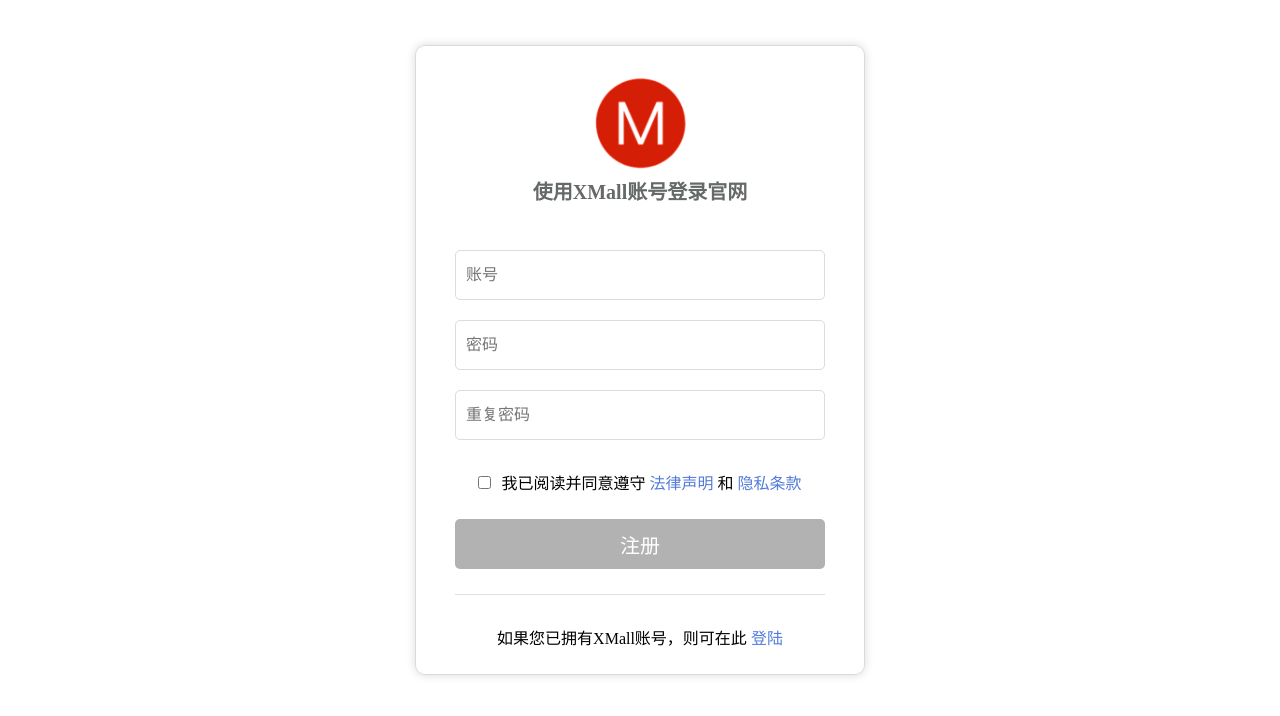
Repository: dingqihui1997/xmall-demo
Page: /signin
These files come from the project's save history. The page is drawn as it stood at one moment and after the next save; the edit follows.
The browser window is 1280 px wide. The pictures show the whole page.
The project was rebuilt for these pictures with package versions that can differ from the ones it lists, and the page was loaded fresh each time. Also part of the build but not shown: vue.config.js, src/views/Home.vue.

Above is the page before, as saved 2021-06-29 17:38:36.

### src/main.js
import Vue from 'vue'
import App from './App.vue'
import router from './router'
import store from './store'
import ElementUI from 'element-ui';
import 'element-ui/lib/theme-chalk/index.css';
Vue.use(ElementUI);
Vue.config.productionTip = false

new Vue({
  router,
  store,
  render: h => h(App)
}).$mount('#app')

### src/App.vue
<template>
  <div id="app">
    <router-view />
  </div>
</template>

<style lang="scss">
@import "./styles/common";
@import "./styles/ui";
</style>

### src/router/index.js
import Vue from 'vue'
import VueRouter from 'vue-router'
import Home from '../views/Home.vue'

Vue.use(VueRouter)

const routes = [
  {
    path: '/',
    name: 'Home',
    component: Home
  },
  {//登录
    path: '/signin',
    name: 'Signin',
    component: () => import('../components/signin/Signin.vue')
  },
  {//注册
    path: '/register',
    name: 'Register',
    component: () => import('../components/register/Register.vue')
  },


]

const router = new VueRouter({
  mode: 'history',
  base: process.env.BASE_URL,
  routes
})

export default router

### src/styles/common.scss
 * {
     margin: 0;
     padding: 0;
 }

 .center {
     //居中显示
     margin: auto;
     position: absolute;
     top: 0;
     bottom: 0;
     left: 0;
     right: 0;
 }

 * {
     box-sizing: border-box;
 }

 .wi100 {
     width: 100%;
 }

 .hei100 {
     height: 100%;
 }

 .pflex {
     position: fixed;
     /* 固定定位 */
 }

 .flex {
     display: flex;
 }

 .flex-wrap {
     /* 子元素换行排列 */
     display: flex;
     flex-wrap: wrap;
     align-items: center;
 }

 .flex-j {
     display: flex;
     justify-content: center;
     /* 水平方向居中 */
 }

 .flex-a {
     display: flex;
     align-items: center;
     /* 垂直方向居中 */
 }

 .flex-ja {
     /* felx-ja 垂直水平方向居中 */
     display: flex;
     align-items: center;
     justify-content: center;
 }

 .flex-sb {
     /* flex-sb 子元素两边排列 */
     display: flex;
     justify-content: space-between;
 }

 .flex-sba {
     /* flex-sb 子元素两边排列 bing居中 */
     display: flex;
     justify-content: space-between;
     align-items: center;
 }

 .flex-d {
     /* z子元素竖向排列 */
     display: flex;
     flex-direction: column;
 }

 .flex-di {
     /* 子元素竖向排列并居中 */
     display: flex;
     flex-direction: column;
     align-items: center;
 }

 .flex-dj {
     /* 子元素竖向排列并居中 */
     display: flex;
     flex-direction: column;
 }

 .flex-dji {
     /* 子元素竖向排列并水平垂直居中 */
     display: flex;
     flex-direction: column;
     align-items: center;
     justify-content: center;
 }

 .pad-t10 {
     padding-top: 10px;
 }

 .pad-t15 {
     padding-top: 15px;
 }

 .margin-r55 {
     margin-right: 55px;
 }

 .marginauto {
     margin: 0 auto;
 }

 .img100 {
     width: 100%;
     height: 100%;
 }

 .img50 {
     width: 50%;
     height: 50%;
 }

 .imgh100 {
     height: 100%;
 }

 .img45 {
     width: 45%;
     height: 45%;
 }

 .img80 {
     width: 80%;
     height: 80%;
 }

 .font20 {
     font-size: 20px;
 }

 .font18 {
     font-size: 18px;
 }

 .font16 {
     font-size: 16px;
 }

 .font14 {
     font-size: 14px;
 }

 .font12 {
     font-size: 12px;
 }

 .flex1 {
     flex: 1;
 }

 .flex2 {
     flex: 1.5;
 }

 .color30 {
     color: #000000;
 }

 .color3f {
     /* 白色 */
     color: #fff;
 }

 .margin-t10 {
     margin-top: 10px;
 }

 .margin-t5 {
     margin-top: 5px;
 }

 .margin-t20 {
     margin-top: 20px;
 }

 .margin-r5 {
     margin-right: 5px;
 }

 .margin-r15 {
     margin-right: 15px;
 }

 .margin-r10 {
     margin-right: 10px;
 }

 .margin-r20 {
     margin-right: 20px;
 }

 .margin-r30 {
     margin-right: 30px;
 }

 .margin-l10 {
     margin-left: 10px;
 }

 .margin-l20 {
     margin-left: 20px;
 }

 .margin-b10 {
     margin-bottom: 10px;
 }

 .text-de {
     /* 有下划线 */
     text-decoration: underline;
 }

 .text-li {
     text-decoration: line-through;
     /* 删除线 */
 }

 .font-w7 {
     /* 加粗 */
     font-weight: 700;
 }

 .fontstyle-i {
     /* 斜体 */
     font-style: italic;
 }

 .shuoming {
     position: relative;
     top: 55px
 }

 .textr {
     text-align: right;
 }

### src/styles/ui.scss
.login {
    .el-input__inner {
        width: 370px;
        height: 50px;
    }

    .el-input__suffix {
        position: absolute;
        right: 50px;
    }

    .el-input {
        position: relative;
    }
}

### src/components/signin/Signin.vue
<template>
  <!-- 登录页面 -->
  <div class="one">
    <div class="box center flex-d login">
      <div class="top">
        <div class="flex-ja"><img src="../../assets/log1.png" alt="" /></div>
        <div class="flex-ja">使用XMall账号登录官网</div>
      </div>
      <!-- 账号 -->
      <div class="flex-ja name">
        <input type="text" placeholder="账号" class="ipt" v-model="username" />
      </div>
      <!-- 密码 -->
      <div class="flex-ja name">
        <input
          type="password"
          placeholder="密码"
          class="ipt"
          v-model="password"
        />
      </div>
      <!-- 重复密码 -->
      <div class="flex-ja name">
        <input
          type="password"
          placeholder="重复密码"
          class="ipt"
          v-model="Repeat"
        />
      </div>
      <div class="flex-ja choice">
        <input type="checkbox" class="inpt" v-model="checked" />
        我已阅读并同意遵守<span>&nbsp;法律声明&nbsp;</span>和<span
          >&nbsp;隐私条款</span
        >
      </div>
      <div class="flex-ja regis">
        <!-- 动态绑定属性，最先是true禁用状态 -->
        <button
          :disabled="flag"
          :class="{ back: flag === false }"
          @click="goto"
        >
          注册
        </button>
      </div>
      <div class="flex-ja">
        <div class="bottom flex-ja">
          如果您已拥有XMall账号，则可在此<span>&nbsp;登陆</span>
        </div>
      </div>
    </div>
  </div>
</template>

<script>
import axios from "axios";
export default {
  name: "",
  props: {},
  data() {
    return {
      username: "",
      password: "",
      Repeat: "",
      flag: true, //最开始禁用按钮
      checked: false,
    };
  },
  components: {},
  methods: {
    goto() {
      if (this.checked === false) {
        this.$message.error("您未勾选同意我们的相关注册协议");
      }
      if (this.password !== this.Repeat) {
        this.$message.error("两次输入的密码不相同");
      }
      if (this.password === this.Repeat && this.checked === true) {
        axios
          .post("/api/users/register", {
            username: this.username,
            password: this.password,
          })
          .then((res) => {
            console.log(res);
          })
          .catch((err) => {
            console.log("请求失败", err);
          });
      }
    },
  },
  mounted() {},
  computed: {},
  watch: {
    username(val) {
      this.username = val;
    },
    password(val) {
      this.password = val;
    },
    Repeat(val) {
      //账号和密码都输入了内容后，然后就不禁用button
      this.Repeat = val;
      if (this.username !== "" && this.password !== "" && val !== "") {
        this.flag = false;
        // console.log(val);
      } else {
        this.flag = true;
      }
    },
  },
};
</script>

<style lang='scss' scoped>
.box {
  width: 450px;
  height: 630px;
  border: 1px solid #dadada;
  border-radius: 10px;
  box-shadow: 0 0 10px #dadada;
}
.one {
  height: 100vh;
}
.top {
  height: 240px;
  font-size: 20px;
  color: #66696a;
  font-weight: 700;
  margin-bottom: 35px;
  padding-top: 25px;
}
.ipt {
  width: 370px;
  height: 50px;
  outline: none;
  border: 1px #dcdcdc solid;
  border-radius: 5px;
  padding-left: 10px;
  font-size: 16px;
}
button {
  margin: 25px 0px;
  width: 370px;
  height: 50px;
  border-radius: 5px;
  border: none;
  color: #fff;
  font-size: 20px;
  background-color: #b2b2b2; //最开始设置成灰色背景颜色
}

span {
  color: #527bd9;
}

.name {
  margin-top: 10px;
  margin-bottom: 10px;
  text-align: center;
}
.choice {
  margin-top: 20px;
}
.regis {
  padding: 0 35px;
}
.inpt {
  margin-right: 10px;
}
.bottom {
  width: 370px;
  border-top: 1px #e0e0df solid;
  padding: 30px 0;
}
.back {
  background-color: #5f86e4; //当按钮不禁用的时候就显示蓝色，然后添加hover的效果
  &:hover {
    background-color: #6283cf;
  }
}
</style>

Loaded but not shown: public/index.html (common file); src/store/index.js (common file)

After the next save:
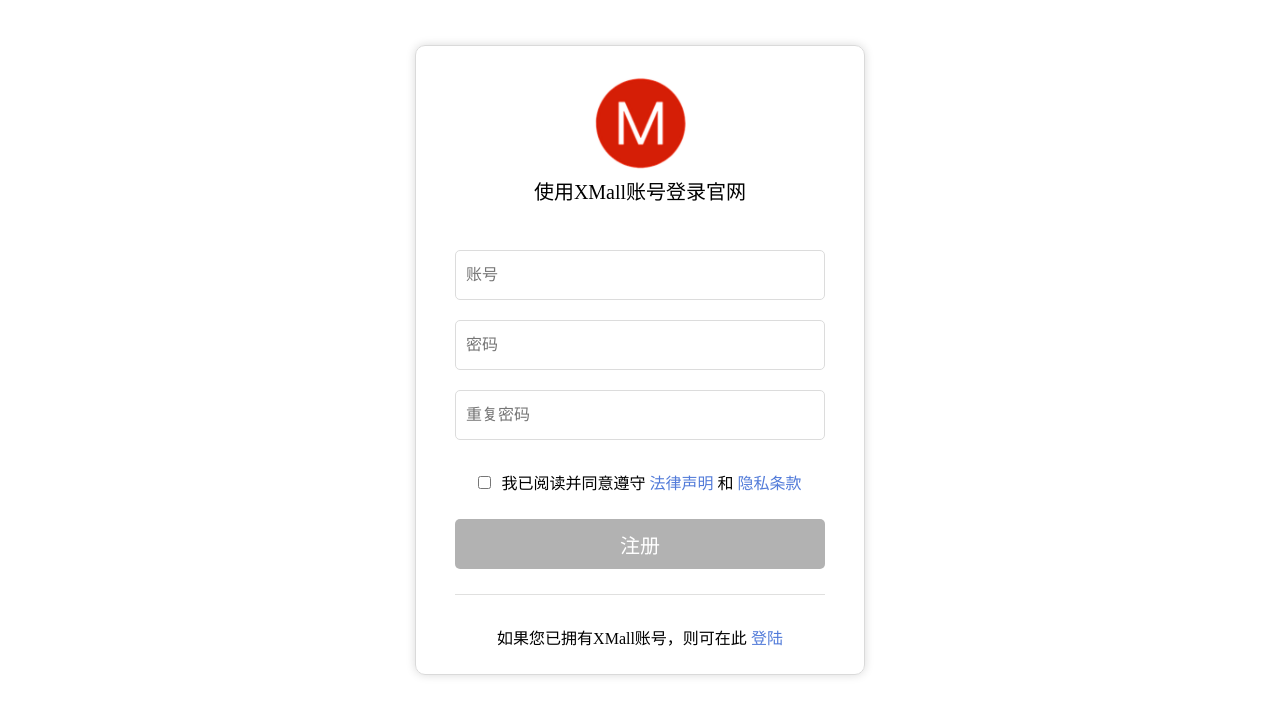
Saved 18 s later.
--- a/src/components/signin/Signin.vue
+++ b/src/components/signin/Signin.vue
@@ -128,8 +128,6 @@
 .top {
   height: 240px;
   font-size: 20px;
-  color: #66696a;
-  font-weight: 700;
   margin-bottom: 35px;
   padding-top: 25px;
 }
